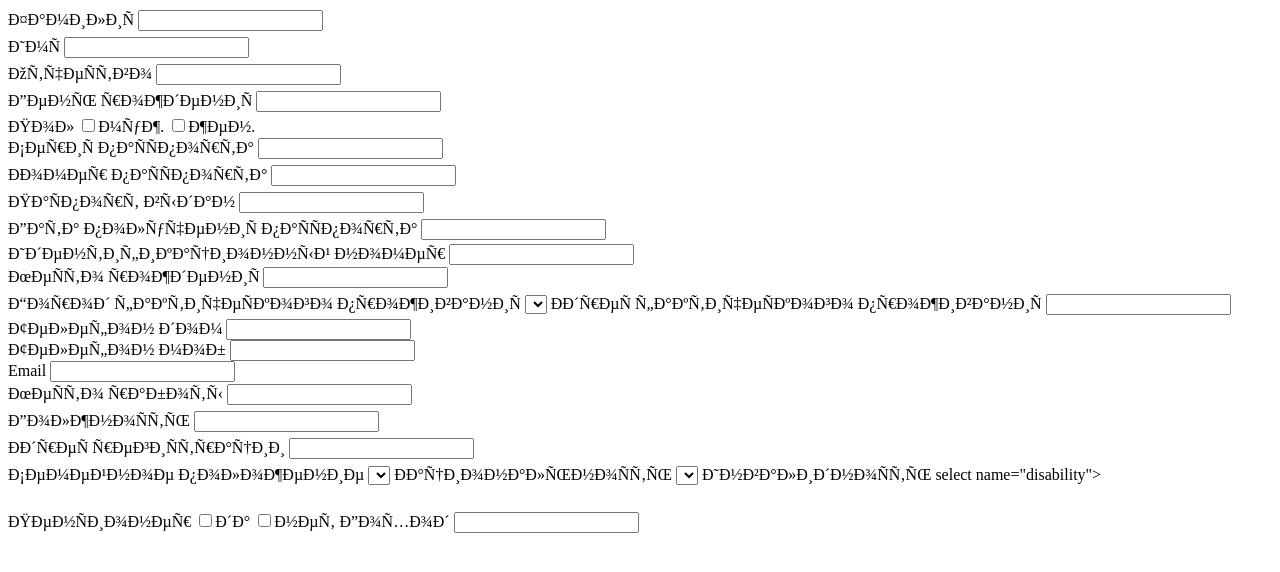
Repository: Westerte/JavaDevelopmentMay2015
Page: http://localhost/bank/jsp/common/add.jsp
These files come from the project's save history. The page is drawn as it stood at one moment and after the next save; the edit follows.
The browser window is 1280 px wide. The pictures show the whole page.
The page is served by Tomcat 9. The template is opened directly, without the code that normally fills it, so the values that code supplies are empty.

Above is the page before, as saved 2015-09-29 20:13:05.

After the next save:
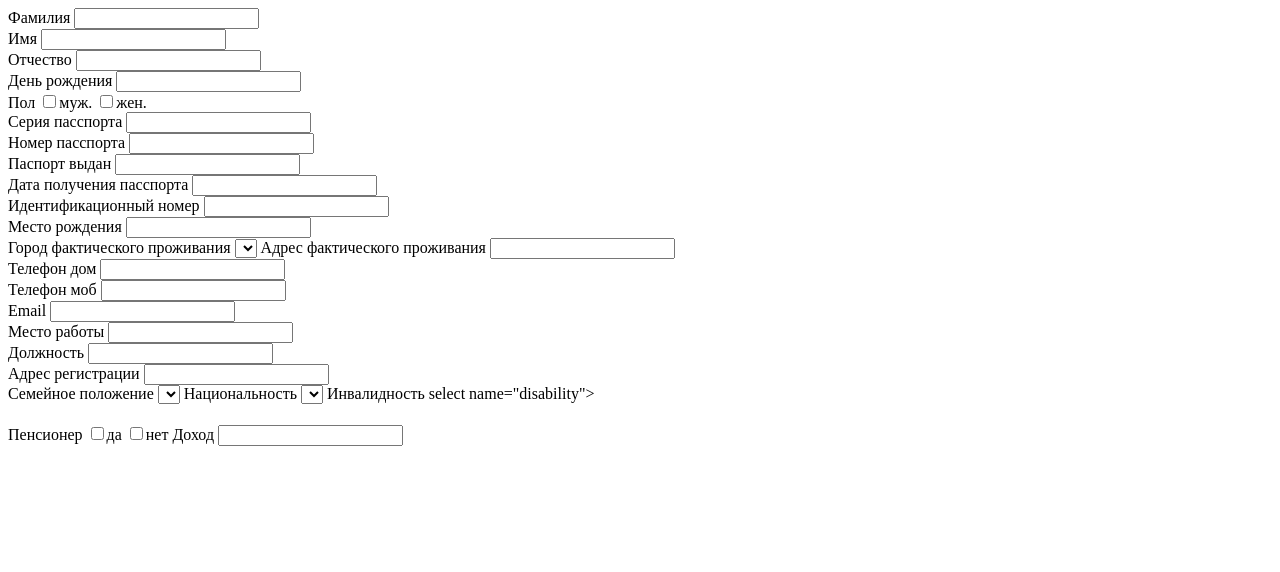
Saved 49 s later.
--- a/workspace/bank/WebContent/jsp/common/add.jsp
+++ b/workspace/bank/WebContent/jsp/common/add.jsp
@@ -1,10 +1,10 @@
-<%@ page language="java" contentType="text/html; charset=ISO-8859-1"
-    pageEncoding="ISO-8859-1"%>
+<%@ page language="java" contentType="text/html; charset=UTF-8"
+    pageEncoding="UTF-8"%>
 <!DOCTYPE html PUBLIC "-//W3C//DTD HTML 4.01 Transitional//EN" "http://www.w3.org/TR/html4/loose.dtd">
 <html>
 <head>
-<meta http-equiv="Content-Type" content="text/html; charset=ISO-8859-1">
-<title>Insert title here</title>
+<meta http-equiv="Content-Type" content="text/html; charset=UTF-8">
+<title>Добавить</title>
 </head>
 <body>
 <div class="container">
